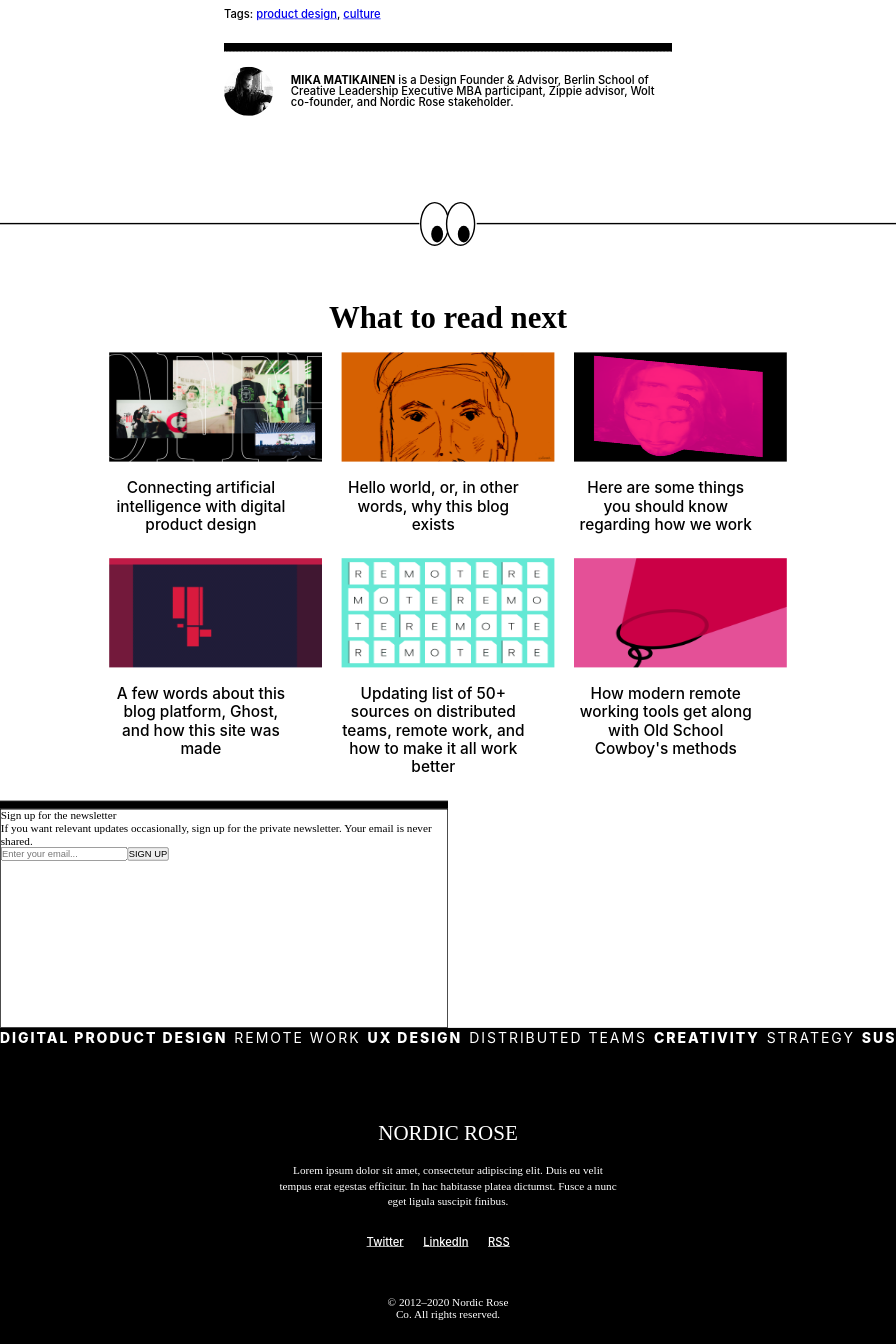
Repository: ThuTrang-jvb/JVB-BT1
Page: Page 3/article.html
The author's editor kept a copy of each file at every save. The page is drawn from the files as they stood at one save, then again after a run of saves.
The browser window is 1280 px wide. The pictures show the part of the page from y = 3678 to 5598 px (the page is 5598 px tall), at 70% of full size.

Above is the page before, as saved 2025-06-30 10:09:26.

### Page 3/article.html
<!DOCTYPE html>
<html lang="en">
<head>
    <meta charset="UTF-8">
    <meta name="viewport" content="width=device-width, initial-scale=1.0">
    <link rel="stylesheet" href="styleArticle.css">
    <link href="https://fonts.googleapis.com/css2?family=Playfair+Display&display=swap" rel="stylesheet">
    <title>Article</title>
</head>
<body>
    <div class="header">
        <h1>NORDIC ROSE</h1>
        <div class="nav">
            <p class="active">blog</p>
            <p>about</p>
            <p>links</p>
            <p>projects</p>
        </div>
        <div class="hamburger">
            <span></span>
            <span></span>
            <span></span>
        </div>
    </div>
    <hr>
    <div class="main">
        <div class="title">
            <h1>A few words about this blog platform, Ghost, and how this site was made</h1>
            <p>Why Ghost (& Figma) instead of Medium, <br> WordPress or other options?</p>
            <img src="image/image 2.png" alt="image 2">
            <hr>
        </div>
        <div class="status">
            <div class="status_img">
                <img src="image/anh_nen.png" alt="image 3">
                <div class="status_text">
                    <p class="bold_p">Mika MAtikainen</p>
                    <p>Apr 15, 2020 · 4 min read</p>
                </div>

            </div>

            <div class="share-buttons">
                <button class="share-btn" aria-label="Share on Facebook">
                    <svg width="18" height="18" viewBox="0 0 24 24" fill="#000" xmlns="http://www.w3.org/2000/svg">
                    <path d="M22 12.07C22 6.48 17.52 2 12 2S2 6.48 2 12.07c0 5 3.66 9.13 8.44 9.93v-7.03h-2.54v-2.9h2.54V9.41c0-2.5 1.49-3.89 3.77-3.89 1.09 0 2.24.2 2.24.2v2.46h-1.26c-1.24 0-1.63.77-1.63 1.56v1.87h2.78l-.44 2.9h-2.34v7.03C18.34 21.2 22 17.07 22 12.07z"/>
                    </svg>
                </button>
                <button class="share-btn" aria-label="Share on Twitter">
                    <svg width="18" height="18" viewBox="0 0 24 24" fill="#000" xmlns="http://www.w3.org/2000/svg">
                    <path d="M22.46 6c-.77.35-1.6.58-2.46.69a4.28 4.28 0 0 0 1.88-2.36 8.56 8.56 0 0 1-2.71 1.04 4.26 4.26 0 0 0-7.26 3.88 12.09 12.09 0 0 1-8.77-4.45 4.26 4.26 0 0 0 1.32 5.69 4.23 4.23 0 0 1-1.93-.53v.05a4.26 4.26 0 0 0 3.42 4.17 4.29 4.29 0 0 1-1.92.07 4.26 4.26 0 0 0 3.98 2.96A8.54 8.54 0 0 1 2 19.54 12.07 12.07 0 0 0 8.29 21.5c7.55 0 11.68-6.26 11.68-11.68 0-.18 0-.35-.01-.53A8.36 8.36 0 0 0 22.46 6z"/>
                    </svg>
                </button>
            </div>
        </div>
        <div class="caption">
            <pre>Lorem ipsum dolor sit amet, consectetur adipiscing elit. Duis eu velit
tempus erat egestas efficitur. In hac habitasse platea dictumst. Fusce a
nunc eget ligula suscipit finibus. Aenean pharetra quis lacus at viverra.

Class aptent taciti sociosqu ad litora torquent per conubia nostra, per
inceptos himenaeos. Aliquam quis posuere ligula. In eu dui molestie, molestie
lectus eu, semper lectus.</pre>
            <h2>Next on the pipeline</h2>
            <pre>Duis eu velit tempus erat egestas efficitur. In hac habitasse platea
dictumst. Fusce a nunc eget ligula suscipit finibus. Aenean pharetra
quis lacus at viverra. Class aptent taciti sociosqu ad litora torquent per
conubia nostra, per inceptos himenaeos.

Morbi efficitur auctor metus, id mollis lorem pellentesque id. Nullam
posuere maximus dui et fringilla. </pre>
            <figure>
                <img src="image/3cc5df540f70fc0ba5d96cdc94c3d237971a9b6e.jpg" alt="Rectangle 8">
                <figcaption>Image caption centered this way and I’ll make this a bit longer to indicate the amount of line-height. </figcaption>
            </figure>
            <pre>Aenean pharetra quis lacus at viverra. Class aptent taciti sociosqu ad
litora torquent per conubia nostra, per inceptos himenaeos. Aliquam
quis posuere ligula.

In eu dui molestie, molestie lectus eu, semper lectus. Proin at justo
lacinia, auctor nisl et, consequat ante. Donec sit amet nisi arcu. Morbi
efficitur auctor metus, id mollis lorem pellentesque id. Nullam
posuere maximus dui et fringilla. Nulla non volutpat leo.</pre>
            <p>A list looks like this:</p>
            <ul>
                <li>First item in the list</li>
                <li>Second item in the list lorem ipsum dolor sit amet nunc felis dolor lorem ipsum sit amet</li>
                <li>Third item in the list</li>
            </ul>
            <p>Class aptent taciti sociosqu ad litora torquent per conubia nostra, per inceptos himenaeos. Aliquam quis posuere ligula. </p>
            <p>Thanks for reading,<br>
            Mika</p>
        </div>
        <div class="links">
            <div class="share-buttons">
                <button class="share-btn" aria-label="Share on Facebook">
                    <svg width="18" height="18" viewBox="0 0 24 24" fill="#000" xmlns="http://www.w3.org/2000/svg">
                        <path d="M22 12.07C22 6.48 17.52 2 12 2S2 6.48 2 12.07c0 5 3.66 9.13 8.44 9.93v-7.03h-2.54v-2.9h2.54V9.41c0-2.5 1.49-3.89 3.77-3.89 1.09 0 2.24.2 2.24.2v2.46h-1.26c-1.24 0-1.63.77-1.63 1.56v1.87h2.78l-.44 2.9h-2.34v7.03C18.34 21.2 22 17.07 22 12.07z"/>
                        <span>Share on Facebook</span>
                    </svg>
                </button>
                <button class="share-btn" aria-label="Share on Twitter">
                    <svg width="18" height="18" viewBox="0 0 24 24" fill="#000" xmlns="http://www.w3.org/2000/svg">
                    <path d="M22.46 6c-.77.35-1.6.58-2.46.69a4.28 4.28 0 0 0 1.88-2.36 8.56 8.56 0 0 1-2.71 1.04 4.26 4.26 0 0 0-7.26 3.88 12.09 12.09 0 0 1-8.77-4.45 4.26 4.26 0 0 0 1.32 5.69 4.23 4.23 0 0 1-1.93-.53v.05a4.26 4.26 0 0 0 3.42 4.17 4.29 4.29 0 0 1-1.92.07 4.26 4.26 0 0 0 3.98 2.96A8.54 8.54 0 0 1 2 19.54 12.07 12.07 0 0 0 8.29 21.5c7.55 0 11.68-6.26 11.68-11.68 0-.18 0-.35-.01-.53A8.36 8.36 0 0 0 22.46 6z"/>
                    <span>Share on Twitter</span>
                    </svg>
                </button>
            </div>
        </div>
        <div class="tag">
            <p>Tags: <a href="#">product design</a>, <a href="#">culture</a></p>
            <hr>
            <div class="status_tag">
                <img src="image/anh_nen.png" alt="image 3">
                <div class="status_text_end">
                    <p> <b>MIKA MATIKAINEN</b> is a Design Founder & Advisor, Berlin School of Creative Leadership Executive MBA participant, Zippie advisor, Wolt co-founder, and Nordic Rose stakeholder.  </p>
                </div>

            </div>
        </div>
    </div>
    <div class="divider">
        <div class="path"></div>
        <div class="eyes">
            <div class="eye eye-left">
                <div class="pupil"></div>
            </div>
            <div class="eye eye-right">
                <div class="pupil"></div>
            </div>
        </div>
        <div class="path"></div>
    </div>
    <div>
        <h3>What to read next</h3>
        <div class="image">
            <div class="image_line">
                <img src="image/image1.png" alt="Rectangle 4">
                <p>Connecting artificial intelligence with digital product design</p>
            </div>
            <div class="image_line">
                <img src="image/image2.png" alt="Rectangle 11">
                <p>Hello world, or, in other words, why this blog exists</p>
            </div>
            <div class="image_line">
                <img src="image/image.png" alt="Rectangle 10">
                <p>Here are some things you should know regarding how we work </p>
            </div>
        </div>
        <div class="image_desktop">
            <div class="image_line">
                <img src="image/image13.png" alt="Rectangle 37">
                <p>A few words about this blog platform, Ghost, and how this site was made</p>
            </div>
            <div class="image_line">
                <img src="image/image12.png" alt="Rectangle 39">
                <p>Updating list of 50+ sources on distributed teams, remote work, and how to make it all work better</p>
            </div>
            <div class="image_line">
                <img src="image/image11.png" alt="Rectangle 38">
                <p>How modern remote working tools get along with Old School Cowboy's methods</p>
            </div>
        </div>
    </div>
    <hr>
    <div class="frame">
        <p>Sign up for the newsletter</p>
        <p>If you want relevant updates occasionally, sign up for the private newsletter. Your email is never shared. </p>
        <div class="email">
            <input type="email" placeholder="Enter your email...">
            <button>SIGN UP</button>
        </div>
    </div>



    <div class="footer">
        <div class="line-wrap">
            <div class="line">
                <span class="bold">Digital product design</span>
                <span>Remote work</span>
                <span class="bold">UX design</span>
                <span>Distributed teams</span>
                <span class="bold">Creativity</span>
                <span>Strategy</span>
                <span class="bold">Suspense</span>
                <span>Growth</span>
            </div>
        </div>
        <p class="logo">NORDIC ROSE</p>
        <p class="para">Lorem ipsum dolor sit amet, consectetur adipiscing elit. Duis eu velit tempus erat egestas efficitur. In hac habitasse platea dictumst. Fusce a nunc eget ligula suscipit finibus. </p>
        <div class="info">
            <p>Twitter</p>
            <p>LinkedIn</p>
            <p>RSS</p>
        </div>
        <p class="year">© 2012–2020 Nordic Rose Co. All rights reserved. </p>
    </div>
</body>
</html>

### Page 3/styleArticle.css
 * {
    margin: 0;
    padding: 0;
    box-sizing: border-box;
 }
.header {
    width: 100%;
    max-width: 1440px;
    height: auto;
    box-sizing: border-box;
    justify-content: space-between;
    align-items: center;
    display: flex;
    gap: 476.59px;
    padding: 52.54px 61px 40px 63.58px;
    height: 134px;
}
.header h1 {
    font-weight: 400;
    font-size: 30px;
}
.hamburger {
  display: none;
  flex-direction: column;
  gap: 5px;
  cursor: pointer;
}

.hamburger span {
  width: 25px;
  height: 3px;
  background-color: black;
  display: block;
  border-radius: 2px;
}
.nav {
    display: flex;
    justify-content: center;
    gap: 34px;
}
.nav p {
    position: relative;
    font-family: New York Small;
    font-weight: 500;
    font-size: 20px;
    line-height: 170%;
    letter-spacing: 2.8px;
    text-align: center;
    text-transform: uppercase;
    margin: 0;
    text-decoration: none;

}

.nav p.active::after {
    content: "";
    position: absolute;
    bottom: -43px;
    left: 50%;
    transform: translateX(-50%);
    width: 50px;
    height: 2px;
    background-color: #000;
}

hr {
  width: 100vw;
  border: none;
  border-top: 1px solid #ccc;
  margin: 0;
}
.title img {
    width: 100vw;
    height: auto;
    display: block;
    padding-bottom: 44px;
    margin: 0 auto;
}
.title h1 {
    font-family: New York Extra Large;
    font-weight: 700;
    font-size: 54px;
    line-height: 100%;
    letter-spacing: 0%;
    text-align: center;
    margin: 0 auto;
    max-width: 858px;
    padding-top: 52px;
    padding-bottom: 32px;
}
.title p {
    font-family: SF Mono;
    font-weight: 400;
    font-size: 20px;
    line-height: 170%;
    letter-spacing: 0%;
    text-align: center;
    max-width: 592px;
    margin: 0 auto;
    padding-bottom: 52px;

}
.title hr {
    border: 2px solid #000000;
    width: 640px;
    display: block;
    margin: 0 auto;
}
.status_img img {
    width: 56px;
    height: 56px;
    object-fit: cover;
    border-radius: 50%;
}
.share-buttons {
    display: flex;
    border: 2px solid #e0e0e0;
    border-radius: 5px;
    overflow: hidden;
    width: fit-content;
    background-color: #fff;
    margin-left: 273px;
    margin-top: 1px;
}
.share-btn {
    border: none;
    padding: 12.04px 25px;
    background: transparent;
    cursor: pointer;
    display: flex;
    align-items: center;
    justify-content: center;
    outline: none;
    gap: 16px;
}

.share-btn + .share-btn {
    border-left: 1px solid #e0e0e0;
}

.share-btn svg {
    width: 20px;
    height: 20px;
}
.status {
    display: flex;
    justify-content: center;
    align-items: center;
}
.status_img {
    display: flex;
    align-items: center;
    gap: 5px;
    padding-top: 24px;
    padding-bottom: 53px;
}
.bold_p {
    max-width: 191px;
    font-family: SF Pro Text;
    font-weight: 700;
    font-size: 16px;
    line-height: 100%;
    letter-spacing: 5%;
    text-transform: uppercase;
}
.status_text p {
    font-family: SF Pro Text;
    font-weight: 400;
    font-size: 16px;
    line-height: 100%;
    letter-spacing: 0%;
}
.status_text {
    padding-top: 5px;
}
.caption pre{
    text-align: left;
    margin: 0 auto;
    max-width: 640px;
    font-family: 'SF Pro Text', 'New York Medium', serif;
    font-weight: 400;
    font-size: 20px;
    line-height: 170%;
    letter-spacing: 0%;

}

.caption h2 {
    font-family: SF Pro Display;
    font-weight: 700;
    font-size: 32px;
    line-height: 160%;
    letter-spacing: 0%;
    padding-top: 57px;
    padding-bottom: 24px;
    text-align: left;
    max-width: 640px;
    margin: 0 auto;
}
.caption img {
    width: 854px;
    height: 570px;
    display: block;
    margin: 0 auto;
    padding-top: 52px;
    padding-bottom: 12px;
}
figcaption {
    max-width: 481px;
    text-align: center;
    margin: 0 auto;
    padding-bottom: 52px;
}
.caption p {
    font-family: New York Medium;
    font-weight: 400;
    font-size: 20px;
    line-height: 170%;
    letter-spacing: 0%;
    text-align: left;
    margin: 0 auto;
    max-width: 640px;
    padding-top: 52px;
}
li {
    font-family: New York Medium;
    font-weight: 400;
    font-size: 20px;
    line-height: 170%;
    letter-spacing: 0%;
    text-align: left;
    margin: 0 auto;
    max-width: 588px;
}
ul {
    padding-top: 19px;
}
.links {
    display: block;
    margin: 0 auto;
    padding-top: 77px;

}
.links .share-buttons{
    margin: 0 auto;
}
.links .share-btn {
    padding: 19px 70px;
}
.tag p {
    max-width: 640px;
    text-align: left;
    margin: 0 auto;
    padding-top: 32px;
    padding-bottom: 34px;
    font-family: SF Pro Text;
    font-weight: 500;
    font-size: 16px;
    line-height: 100%;
    letter-spacing: 3%;

}
.tag hr {
    border: 1px dotted #000000;
    width: 640px;
    display: block;
    margin: 0 auto;
}
.status_text_end {
    display: flex;
    max-width: 543px;
    text-align: left;
    margin: 0 auto;
    font-family: SF Pro Text;
    font-weight: 400;
    font-size: 16px;
    line-height: 160%;
    letter-spacing: 5%;

}
.status_tag img {
    width: 70px;
    height: 70px;
    object-fit: cover;
    border-radius: 50%;
}
.status_tag {
    display: flex;
    align-items: center;
    gap: 24px;
    max-width: 640px;
    margin: 0 auto;
}



.footer {
    background-color: #000000;
    color: white;
    text-align: center;
    padding-bottom:32px;
}
.bold {
    font-weight: 800;
}
.line {
    display: flex;
    flex-wrap: nowrap;
    overflow-x: auto;
    max-width: 100%;
    letter-spacing: 2.8px;
    white-space: nowrap;
    padding-bottom: 105.12px;
    scrollbar-width: none;
    gap: 10px;
}
.line::-webkit-scrollbar {
    display: none;
}
.line-wrapper {
  width: 100vw;
  overflow-x: auto;
}
.line span {
    font-family: SF Pro Text;
      font-size: 20px;
      color: #fff;
      text-transform: uppercase;
      display: inline-flex;
      flex-wrap: nowrap;
      justify-content: center;
      flex-shrink: 0;
      line-height: 28px;
}
    .divider {
      display: flex;
      align-items: center;
      justify-content: center;
      margin: 100px 0 40.71px;
    }

    .path {
      flex: 1;
      height: 2.5px;
      background-color: black;
    }

    .eyes {
      display: flex;
      width: 82px;
      height: 64px;
      align-items: center;
      position: relative;
    }

    .eye {
      width: 42.29px;
      height: 62.86px;
      background: white;
      border: 2.5px solid black;
      border-radius: 50%;
      position: absolute;
    }

    .eye-left {
      left: 0.5px;
    }

    .eye-right {
      left: 38px;
    }

    .pupil {
      width: 17.14px;
      height: 24.29px;
      background: black;
      border-radius: 50%;
      position: absolute;
      top: 55%;
      left: 38%;
    }
.image, .image_desktop {
    display: grid;
    grid-template-columns: repeat(3, 0fr);
    justify-content: center;
    gap: 28px
}
.image_line img {
    width: 304px;
    height: 176px;
    padding-bottom: 20px;
}
.image_line p {
    font-family: SF Pro Display;
    font-weight: 500;
    font-size: 22px;
    line-height: 120%;
    letter-spacing: 0%;
    text-align: center;
    max-width: 262px;
    padding-bottom: 34px;
}
h3 {
    font-family: New York Extra Large;
    font-weight: 700;
    font-size: 44px;
    line-height: 100%;
    letter-spacing: 0%;
    text-align: center;
    padding-top: 40.71px;
    padding-bottom: 27px;
}
.email {
    display: flex;
}
.frame {
    width: 640px;
    height: 313px;
    border: 1px solid #000000
}
hr {
    background: #000000;
    width: 640px;
    height: 12px;
}










.footer h1 {
    padding-bottom: 25.58px;
}
.para {
    font-family: New York Small;
    font-weight: 400;
    font-size: 16px;
    line-height: 140%;
    text-align: center;
    max-width: 488px;
    padding-bottom: 32px;
    margin: 0 auto;
}
.info {
    display: flex;
    justify-content: center;
    max-width: 209px;
    padding-bottom: 64px;
    margin: 0 auto;
}

.info p {
    margin: 0;
    font-family: SF Pro Text;
    font-weight: 500;
    font-size: 16px;
    line-height: 170%;
    text-decoration: underline;
    padding-right: 28px;
}
.logo {
    margin: 0;
    font-weight: 400;
    font-size: 30px;
    padding-bottom: 25.58px;
}
.footer .year {
    max-width: 178px;
    text-align: center;
    margin: 0 auto;
}
@media screen and (max-width: 767px) {
    .header {
        padding: 24px 20px;
        gap: 0;
    }

    .nav {
        display: none;
    }

    .hamburger {
        display: flex;
    }
    hr {
        width: 100%;
    }
    .main {
        padding: 52px 0 0 0;
    }

    .title img {
        width: 100%;
        height: auto;
        display: block;
        margin: 0;
    }

    .title h1 {
        font-size: 36px;
        max-width: 100%;
        text-align: center;
        padding-bottom: 24px;
        margin: 0 auto;
    }

    .title p {
        font-size: 16px;
        max-width: 90%;
        text-align: center;
        padding-bottom: 36px;
    }

    .title hr {
        width: 90%;

    }




    .line {
        margin: 0;
        padding-bottom: 32px;
        justify-content: flex-start;
        max-width: 100vw;
        overflow-x: auto;
    }

    .line span {
        font-size: 14px;
        line-height: 24px;
    }

    .logo {
        font-size: 20px;
        padding-bottom: 16px;
    }

    .para {
        font-size: 14px;
        padding-bottom: 32px;
        margin: 0 auto;
        max-width: 90%;
    }

    .info {
        justify-content: center;
        gap: 16px;
        font-size: 14px;
        padding-bottom: 64px;
        max-width: 100%;
    }

    .footer .year {
        font-size: 12px;
        padding: 0 16px;
    }
}

After the next 7 saves:
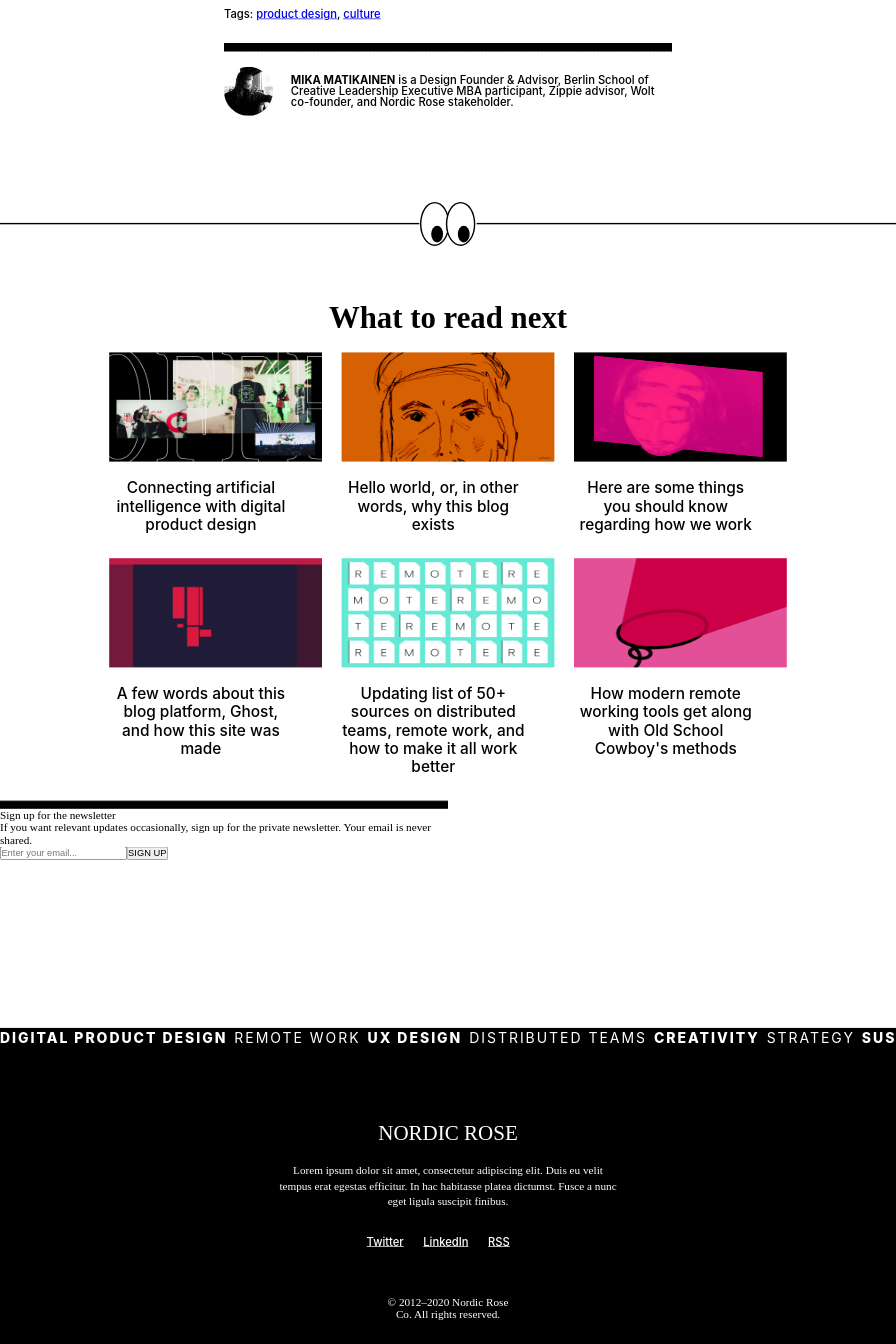
The 7 saves are shown as one change because they came seconds apart.
The last was saved 25 s later.
--- a/Page 3/styleArticle.css
+++ b/Page 3/styleArticle.css
@@ -417,6 +417,7 @@
     width: 640px;
     height: 313px;
     border: 1px solid #000000
+    display: blo
 }
 hr {
     background: #000000;

After the 3 saves that followed:
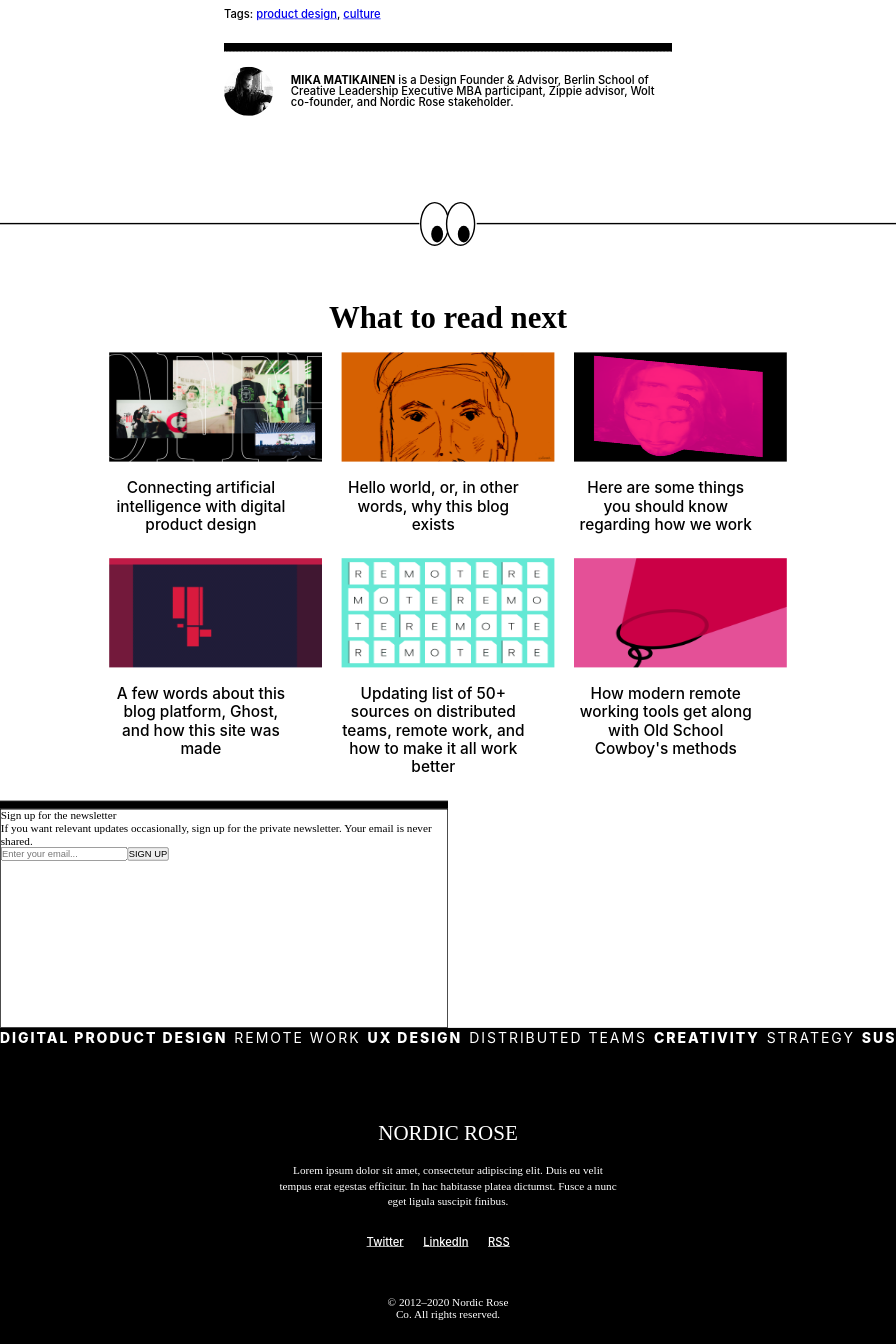
The 3 saves are shown as one change because they came seconds apart.
The last was saved 11 s later.
--- a/Page 3/styleArticle.css
+++ b/Page 3/styleArticle.css
@@ -416,7 +416,7 @@
 .frame {
     width: 640px;
     height: 313px;
-    border: 1px solid #000000
+    border: 1px solid #000000;
     display: blo
 }
 hr {
